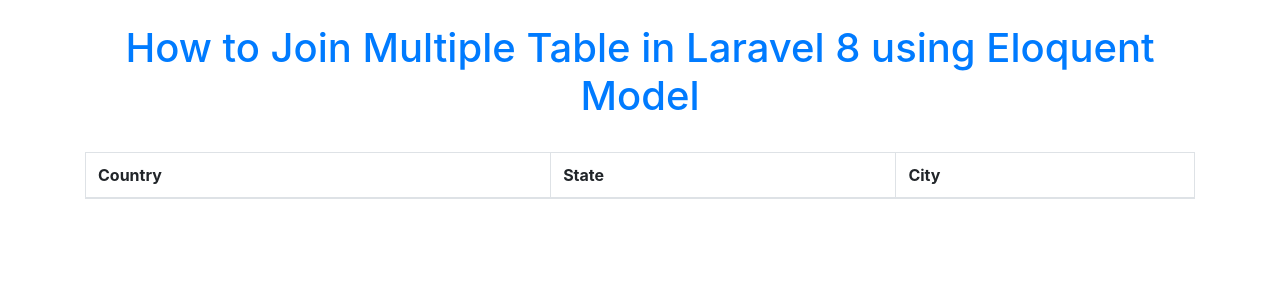
Repository: umangtalpara/mark
Page: http://localhost/join_table
The author's editor kept a copy of each file at every save. The page is drawn from the files as they stood at one save, then again after the next save.
The browser window is 1280 px wide. The pictures show the whole page.
The page is served by the project's Laravel application, run on PHP 8.4 with Laravel 8. Queries for data that is not in the repository find no rows.

Above is the page before, as saved 2021-06-11 22:38:08.

After the next save:
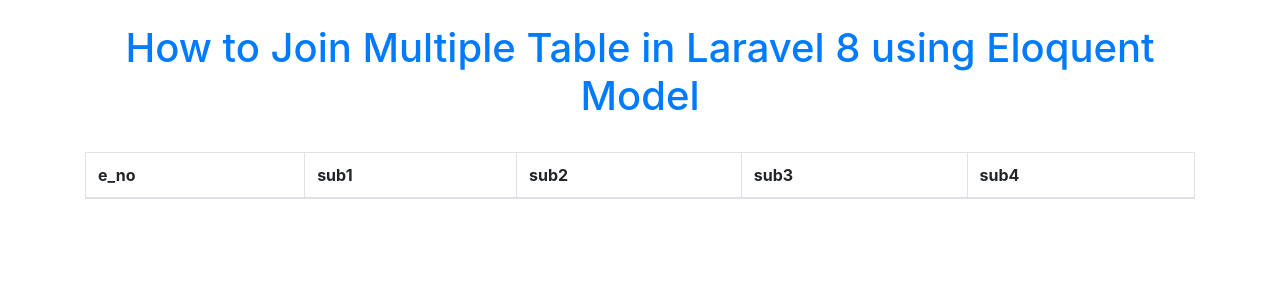
Saved 2 min 0 s later.
--- a/resources/views/join_table.blade.php
+++ b/resources/views/join_table.blade.php
@@ -16,15 +16,19 @@
             <table class="table table-bordered table-striped">
                 <thead>
                     <tr>
-                        <th>Country</th>
-                        <th>State</th>
-                        <th>City</th>
+                        <th>e_no</th>
+                        <th>sub1</th>
+                        <th>sub2</th>
+                        <th>sub3</th>
+                        <th>sub4</th>
                     </tr>
                 </thead>
                 <tbody>
                     @foreach ($data as $row)
                         <tr>
                             <td>{{ $row->country_name }}</td>
+                            <td>{{ $row->state_name }}</td>
+                            <td>{{ $row->city_name }}</td>
                             <td>{{ $row->state_name }}</td>
                             <td>{{ $row->city_name }}</td>
                         </tr>
